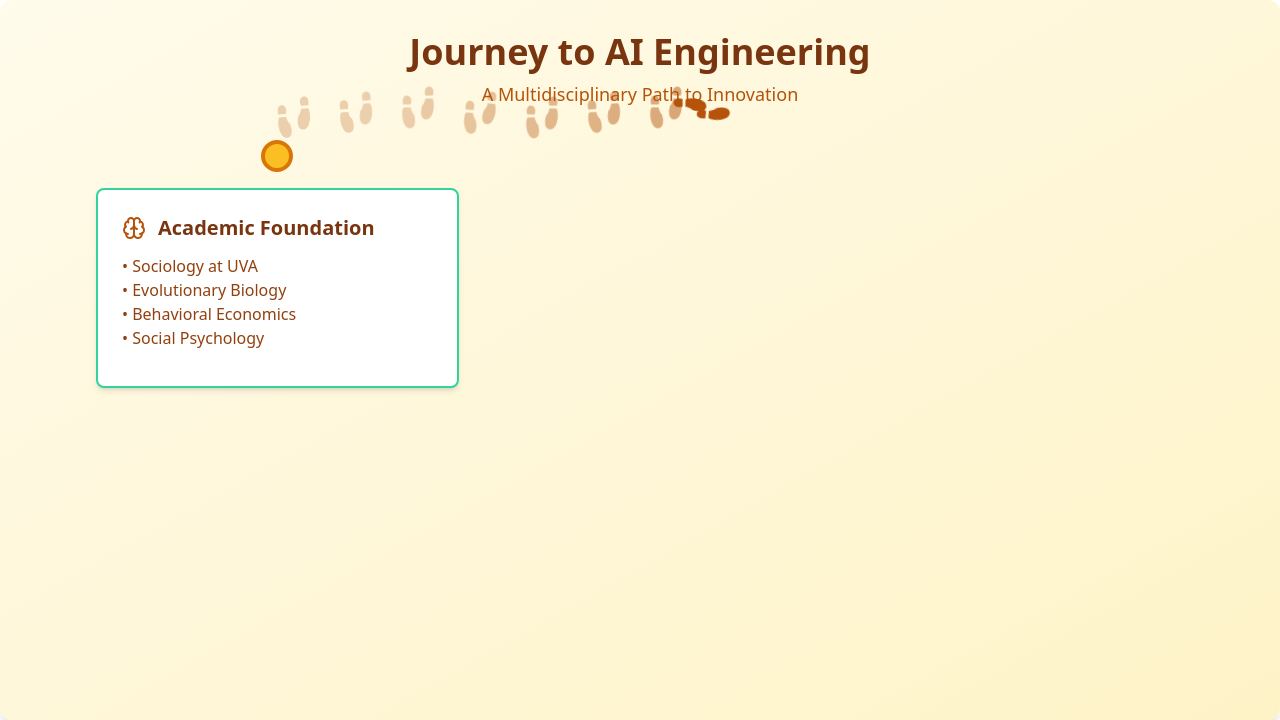
Repository: Galbaz1/dell_presentation
Page: /
These files come from the project's save history. The page is drawn as it stood at one moment and after the next save; the edit follows.
The browser window is 1280 px wide. The pictures show the whole page.
The project was rebuilt for these pictures with package versions that can differ from the ones it lists, and the page was loaded fresh each time. The framework's server and built-in components were replaced by stand-ins that run in the browser.

Above is the page before, as saved 2024-11-11 14:18:24.

### pages/_app.tsx
import '../styles/globals.css'
import '../styles/speaker_intro.css'
import type { AppProps } from 'next/app'

function MyApp({ Component, pageProps }: AppProps) {
  return <Component {...pageProps} />
}

export default MyApp

### pages/index.tsx
import React from 'react';
import { Brain, Building2, Code, Users, ArrowRight, RefreshCcw } from 'lucide-react';
import FootstepsAnimation from '../components/FootstepsAnimation';

const SpeakerSlide: React.FC = () => {
  return (
    <div className="bg-gradient-to-br from-amber-50 to-amber-100 p-8 rounded-xl shadow-lg min-h-screen overflow-hidden">
      {/* Header */}
      <div className="mb-12 text-center">
        <h1 className="text-4xl font-bold text-amber-900 mb-2">Journey to AI Engineering</h1>
        <p className="text-lg text-amber-700">A Multidisciplinary Path to Innovation</p>
      </div>

      {/* Journey Map */}
      <div className="relative mb-16 mx-auto max-w-[1400px]">
        <FootstepsAnimation />
        {/* Journey Stations */}
        <div className="relative flex justify-between items-center px-16">
          {/* Academic Foundation */}
          <div className="w-96 relative fall-animation">
            <div className="absolute -top-4 left-1/2 transform -translate-x-1/2">
              <div className="w-8 h-8 rounded-full bg-amber-400 border-4 border-amber-600" />
            </div>
            <div className="bg-white p-6 rounded-lg shadow-md mt-8 h-[200px] flex flex-col border-2 border-emerald-400">
              <h2 className="text-xl font-semibold text-amber-900 mb-3 flex items-center">
                <Brain className="mr-3 text-amber-700 w-6 h-6" /> Academic Foundation
              </h2>
              <ul className="text-base text-amber-800 flex-1">
                <li>• Sociology at UVA</li>
                <li>• Evolutionary Biology</li>
                <li>• Behavioral Economics</li>
                <li>• Social Psychology</li>
              </ul>
            </div>
          </div>

          {/* Business Experience */}
          <div className="w-96 relative fall-animation fall-animation-delay-1">
            <div className="absolute -top-4 left-1/2 transform -translate-x-1/2">
              <div className="w-8 h-8 rounded-full bg-amber-400 border-4 border-amber-600" />
            </div>
            <div className="bg-white p-6 rounded-lg shadow-md mt-8 h-[200px] flex flex-col border-2 border-emerald-400">
              <h2 className="text-xl font-semibold text-amber-900 mb-3 flex items-center">
                <Building2 className="mr-3 text-amber-700 w-6 h-6" /> Business Leadership
              </h2>
              <ul className="text-base text-amber-800 flex-1">
                <li>• Restaurant Owner</li>
                <li>• Cocktail Bars</li>
                <li>• Event Company</li>
                <li>• Dark Kitchen</li>
              </ul>
            </div>
          </div>

          {/* Tech Innovation */}
          <div className="w-96 relative fall-animation fall-animation-delay-2">
            <div className="absolute -top-4 left-1/2 transform -translate-x-1/2">
              <div className="w-8 h-8 rounded-full bg-amber-400 border-4 border-amber-600" />
            </div>
            <div className="bg-white p-6 rounded-lg shadow-md mt-8 h-[200px] flex flex-col border-2 border-emerald-400">
              <h2 className="text-xl font-semibold text-amber-900 mb-3 flex items-center">
                <Code className="mr-3 text-amber-700 w-6 h-6" /> Tech Innovation
              </h2>
              <ul className="text-base text-amber-800 flex-1">
                <li>• Back-end Development</li>
                <li>• Waitless - QR POS System</li>
                <li>• Waitler - LLM Chat App</li>
              </ul>
            </div>
          </div>
        </div>
      </div>

      {/* Current Roles Synergy Circle */}
      <div className="relative max-w-[1200px] mx-auto mt-24">
        {/* Synergy Arrows */}
        <div className="absolute left-0 right-0 mx-auto w-28 top-[80px] synergy-animation z-10">
          <div className="relative w-full h-full">
            <RefreshCcw className="w-full h-full text-amber-600 animate-spin-slow" />
            <div className="absolute top-1/2 left-1/2 transform -translate-x-1/2 -translate-y-1/2 text-sm text-amber-800 font-semibold bg-white px-3 py-1 rounded">
              Synergy
            </div>
          </div>
        </div>

        <div className="flex justify-between items-center synergy-animation px-16">
          {/* AI Engineering Role */}
          <div className="w-[480px] bg-white p-8 rounded-lg shadow-md border-2 border-amber-400 h-[160px] flex flex-col">
            <h2 className="text-2xl font-semibold text-amber-900 mb-3 flex items-center">
              <Brain className="mr-3 text-amber-700 w-6 h-6" /> AI Engineering
            </h2>
            <p className="text-base text-amber-800">
              Freelance AI solutions architect combining technical expertise with business acumen
            </p>
          </div>

          {/* AI Builders Role */}
          <div className="w-[480px] bg-white p-8 rounded-lg shadow-md border-2 border-amber-400 h-[160px] flex flex-col">
            <h2 className="text-2xl font-semibold text-amber-900 mb-3 flex items-center">
              <Users className="mr-3 text-amber-700 w-6 h-6" /> AI Builders Club
            </h2>
            <p className="text-base text-amber-800">
              Community lead fostering AI innovation in Amsterdam, Rotterdam, and Berlin
            </p>
          </div>
        </div>
      </div>
    </div>
  );
};

export default SpeakerSlide;

### styles/speaker_intro.css
@keyframes spin-slow {
  from {
    transform: rotate(0deg);
  }
  to {
    transform: rotate(360deg);
  }
}

.animate-spin-slow {
  animation: spin-slow 20s linear infinite;
}

@keyframes fallIn {
  0% {
    transform: translateY(-100vh) rotate(0deg);
    opacity: 0;
  }
  60% {
    transform: translateY(20px) rotate(720deg);
  }
  80% {
    transform: translateY(-10px) rotate(720deg);
  }
  100% {
    transform: translateY(0) rotate(720deg);
    opacity: 1;
  }
}

@keyframes footsteps {
  0% {
    clip-path: inset(0 100% 0 0);
  }
  100% {
    clip-path: inset(0 0 0 0);
  }
}

@keyframes dotted-line {
  0% {
    stroke-dashoffset: 1000;
  }
  100% {
    stroke-dashoffset: 0;
  }
}

@keyframes synergy-appear {
  0% {
    transform: scale(0) rotate(0deg);
    opacity: 0;
  }
  100% {
    transform: scale(1) rotate(360deg);
    opacity: 1;
  }
}

.fall-animation {
  opacity: 0;
  animation: fallIn 2s cubic-bezier(0.25, 0.46, 0.45, 0.94) forwards;
  animation-delay: 3s;
}

.fall-animation-delay-1 {
  animation-delay: 9s;
}

.fall-animation-delay-2 {
  animation-delay: 15s;
}

.footsteps-path {
  stroke-dasharray: 10;
  stroke-dashoffset: 1000;
  animation: dotted-line 1.5s ease-in-out forwards;
}

.footsteps-animation-1 {
  animation-delay: 1.5s;
}

.footsteps-animation-2 {
  animation-delay: 3.5s;
}

.synergy-animation {
  opacity: 0;
  animation: synergy-appear 2s cubic-bezier(0.34, 1.56, 0.64, 1) forwards;
  animation-delay: 21s;
}

/* Footsteps styling */
.footstep {
  position: absolute;
  width: 24px;
  height: 36px;
  opacity: 1;
  transform-origin: center;
  z-index: 51;
}

.footstep.active {
  opacity: 1;
}

.footstep.trail {
  fill: #666;
  opacity: 0.5;
}

.ghost-trail .footstep {
  fill: #666;
  opacity: 0.5;
}

/* First block path animation */
@keyframes first-block-path {
  0% { transform: translate(0, 0) rotate(0deg); opacity: 0; }
  5% { transform: translate(0, 0) rotate(0deg); opacity: 1; }
  20% { transform: translate(-100px, 0) rotate(-90deg); }
  35% { transform: translate(-100px, 100px) rotate(-90deg); }
  50% { transform: translate(0, 100px) rotate(0deg); }
  65% { transform: translate(0, 0) rotate(90deg); }
  80% { transform: translate(100px, 0) rotate(90deg); }
  95% { transform: translate(100px, 0) rotate(90deg); opacity: 1; }
  100% { transform: translate(100px, 0) rotate(90deg); opacity: 0; }
}

.first-block-path .left-step {
  animation: first-block-path 4s ease-in-out forwards;
}

.first-block-path .right-step {
  animation: first-block-path 4s ease-in-out 0.5s forwards;
}

/* Second block path animation */
@keyframes second-block-path {
  /* Similar to first-block-path but adjusted for second block position */
}

.second-block-path .left-step {
  animation: second-block-path 4s ease-in-out 4s forwards;
}

.second-block-path .right-step {
  animation: second-block-path 4s ease-in-out 4.5s forwards;
}

/* Third block path animation */
@keyframes third-block-path {
  /* Similar to previous paths but adjusted for third block position */
}

.third-block-path .left-step {
  animation: third-block-path 4s ease-in-out 8s forwards;
}

.third-block-path .right-step {
  animation: third-block-path 4s ease-in-out 8.5s forwards;
}

/* Trail effect */
.footstep-trail {
  position: absolute;
  opacity: 0.3;
  transition: opacity 0.5s ease-out;
}

.footstep-trail.fade {
  opacity: 0;
}

.ghost-trail {
  position: absolute;
  fill: #666;
  opacity: 0.5;
  transition: opacity 1s ease-out;
  z-index: 50;
}

.ghost-trail-container {
  position: fixed;
  top: 0;
  left: 0;
  width: 100%;
  height: 100%;
  pointer-events: none;
  z-index: 50;
  overflow: hidden;
}

.ghost-trail svg {
  fill: #d97706 !important; /* amber-600 for ghost trails */
  opacity: 0.5;
}

### components/FootstepsAnimation.tsx
import React, { useEffect, useRef } from 'react';
import gsap from 'gsap';

interface FootProps {
  ref: React.RefObject<SVGSVGElement>;
}

const RightFootprint = React.forwardRef<SVGSVGElement>((_, ref) => (
  <svg
    ref={ref}
    width="24"
    height="36"
    viewBox="0 0 16 32"
    fill="currentColor"
    xmlns="http://www.w3.org/2000/svg"
    className="footstep right-step"
    style={{ transform: 'rotate(90deg)', fill: '#b45309' }}
  >
    <path d="M5.058 20.918l6.21-1.664c-0.204-2.22 0-4.745 1.205-7.11 0.18-6.195-1.867-11.962-6.835-10.631-5.468 1.465-4.865 13.899-0.58 19.404v0zM5.468 23.537c0.343 11.974 12.512 6.497 6.318-1.693l-6.318 1.693z" />
  </svg>
));

const LeftFootprint = React.forwardRef<SVGSVGElement>((_, ref) => (
  <svg
    ref={ref}
    width="24"
    height="36"
    viewBox="20 0 16 32"
    fill="currentColor"
    xmlns="http://www.w3.org/2000/svg"
    className="footstep left-step"
    style={{ transform: 'rotate(90deg)', fill: '#b45309' }}
  >
    <path d="M27.227 20.917l-6.21-1.664c0.204-2.22-0-4.745-1.205-7.11-0.18-6.195 1.867-11.962 6.835-10.631 5.468 1.466 4.865 13.9 0.58 19.404v0zM26.818 23.536c-0.343 11.973-12.512 6.497-6.318-1.693l6.318 1.693z" />
  </svg>
));

const FootstepsAnimation: React.FC = () => {
  const leftFootRef = useRef<SVGSVGElement>(null);
  const rightFootRef = useRef<SVGSVGElement>(null);
  const ghostTrailRef = useRef<HTMLDivElement>(null);

  useEffect(() => {
    if (!leftFootRef.current || !rightFootRef.current || !ghostTrailRef.current) return;

    // River-like flowing path with gentle curves
    const horizontalPath = [
      // Start at first orange circle (Academic Foundation)
      { x: 280, y: 100 },    // Starting at first circle
      { x: 342, y: 95 },     // Gentle curve up (increased from 330)
      { x: 404, y: 90 },     // Peak (increased from 380)
      { x: 466, y: 95 },     // Coming down (increased from 430)
      { x: 528, y: 100 },    // Level (increased from 480)
      { x: 590, y: 95 },     // Rise (increased from 530)
      { x: 652, y: 90 },     // Peak (increased from 580)
      { x: 714, y: 95 },     // Descend (increased from 630)
      { x: 776, y: 100 },    // Second circle position (increased from 680)
      { x: 838, y: 95 },     // Begin rise (increased from 730)
      { x: 900, y: 90 },     // Peak (increased from 780)
      { x: 962, y: 95 },     // Start descent (increased from 830)
      { x: 1024, y: 100 },   // Level (increased from 880)
      { x: 1086, y: 95 },    // Rise (increased from 930)
      { x: 1148, y: 90 },    // Peak (increased from 980)
      { x: 1210, y: 95 },    // Descend (increased from 1030)
      { x: 1272, y: 100 },   // Third circle position (increased from 1080)
      { x: 1334, y: 95 },    // Final rise (increased from 1130)
      { x: 1396, y: 90 },    // Last peak (increased from 1180)
      { x: 1458, y: 95 },    // Final descent (increased from 1230)
      { x: 1520, y: 100 },   // End position (increased from 1280)
    ];

    // New vertical path starting from where horizontal path ends
    const verticalPath = [
      { x: 1520, y: 100 },   // Start where horizontal path ended
      { x: 1520, y: 150 },   // Step 1 down
      { x: 1520, y: 200 },   // Step 2
      { x: 1520, y: 250 },   // Step 3
      { x: 1520, y: 300 },   // Step 4
      { x: 1520, y: 350 },   // Step 5
      { x: 1520, y: 400 },   // Step 6
      { x: 1520, y: 450 },   // Step 7
      { x: 1520, y: 500 },   // Step 8
      { x: 1520, y: 550 },   // Step 9
      { x: 1520, y: 600 },   // Step 10
    ];

    const createGhostTrail = (
      element: SVGSVGElement,
      x: number,
      y: number,
      rotation: number = 0,
      isVertical: boolean = false
    ): void => {
      if (!ghostTrailRef.current) return;

      const ghost = element.cloneNode(true) as SVGSVGElement;
      ghost.style.position = 'absolute';
      ghost.style.left = `${x}px`;
      ghost.style.top = `${y}px`;

      // Adjust rotation based on direction
      const ghostRotation = isVertical
        ? rotation + 270  // Keep vertical rotation the same
        : rotation + 90;  // Changed from -90 to +90 to point to 3 o'clock

      ghost.style.transform = `rotate(${ghostRotation}deg)`;
      ghost.style.color = '#d97706';
      ghost.classList.add('ghost-trail');

      ghostTrailRef.current.appendChild(ghost);

      gsap.to(ghost, {
        opacity: 0.25,
        duration: 3,
        ease: "none",
      });
    };

    const animateFootstep = (
      foot: SVGSVGElement,
      path: Array<{x: number, y: number}>,
      delay: number,
      isLeft: boolean,
      isVertical: boolean = false
    ): void => {
      path.forEach((point, index) => {
        const prevPoint = index > 0 ? path[index - 1] : point;
        const nextPoint = index < path.length - 1 ? path[index + 1] : point;

        const rotation = Math.atan2(
          nextPoint.y - prevPoint.y,
          nextPoint.x - prevPoint.x
        ) * 180 / Math.PI;

        // Adjust vertical offset direction for downward movement
        const verticalOffset = isVertical
          ? (isLeft ? 12 : -12)  // Horizontal offset when walking vertically
          : (isLeft ? 5 : -5);   // Vertical offset when walking horizontally

        // Calculate position offset based on walking direction
        const xOffset = isVertical ? verticalOffset : (isLeft ? -12 : 12);
        const yOffset = isVertical ? 0 : verticalOffset;

        // Add 90 degrees to rotation for vertical path
        const finalRotation = isVertical
          ? rotation + 180 + (isLeft ? -15 : 15)  // Walking downward
          : rotation + 90 + (isLeft ? -15 : 15);  // Walking horizontally

        gsap.to(foot, {
          x: point.x + xOffset,
          y: point.y + yOffset,
          rotation: finalRotation,
          duration: 0.6,
          delay: delay + (index * 0.7),
          ease: "power2.inOut",
          onComplete: () => createGhostTrail(
            foot,
            point.x + xOffset,
            point.y + yOffset,
            finalRotation,
            isVertical
          ),
        });
      });
    };

    // Start animations with proper timing
    const timeline = gsap.timeline();

    // First animate horizontal path
    animateFootstep(leftFootRef.current, horizontalPath, 0, true, false);
    animateFootstep(rightFootRef.current, horizontalPath, 0.35, false, false);

    // Then animate vertical path with appropriate delay
    const horizontalDuration = horizontalPath.length * 0.7; // Calculate duration of horizontal path
    animateFootstep(leftFootRef.current, verticalPath, horizontalDuration, true, true);
    animateFootstep(rightFootRef.current, verticalPath, horizontalDuration + 0.35, false, true);

    return () => {
      timeline.kill();
    };
  }, []);

  return (
    <div className="fixed inset-0 pointer-events-none" style={{ zIndex: 50 }}>
      <div
        ref={ghostTrailRef}
        className="ghost-trail-container"
        style={{ zIndex: 50 }}
      />
      <LeftFootprint ref={leftFootRef} />
      <RightFootprint ref={rightFootRef} />
    </div>
  );
};

RightFootprint.displayName = 'RightFootprint';
LeftFootprint.displayName = 'LeftFootprint';

export default FootstepsAnimation;

### tailwind.config.js
/** @type {import('tailwindcss').Config} */
module.exports = {
  content: [
    "./pages/**/*.{js,ts,jsx,tsx}",
    "./components/**/*.{js,ts,jsx,tsx}",
    "./styles/**/*.css",
  ],
  theme: {
    extend: {},
  },
  plugins: [],
}

Loaded but not shown: styles/globals.css (common file)

After the next save:
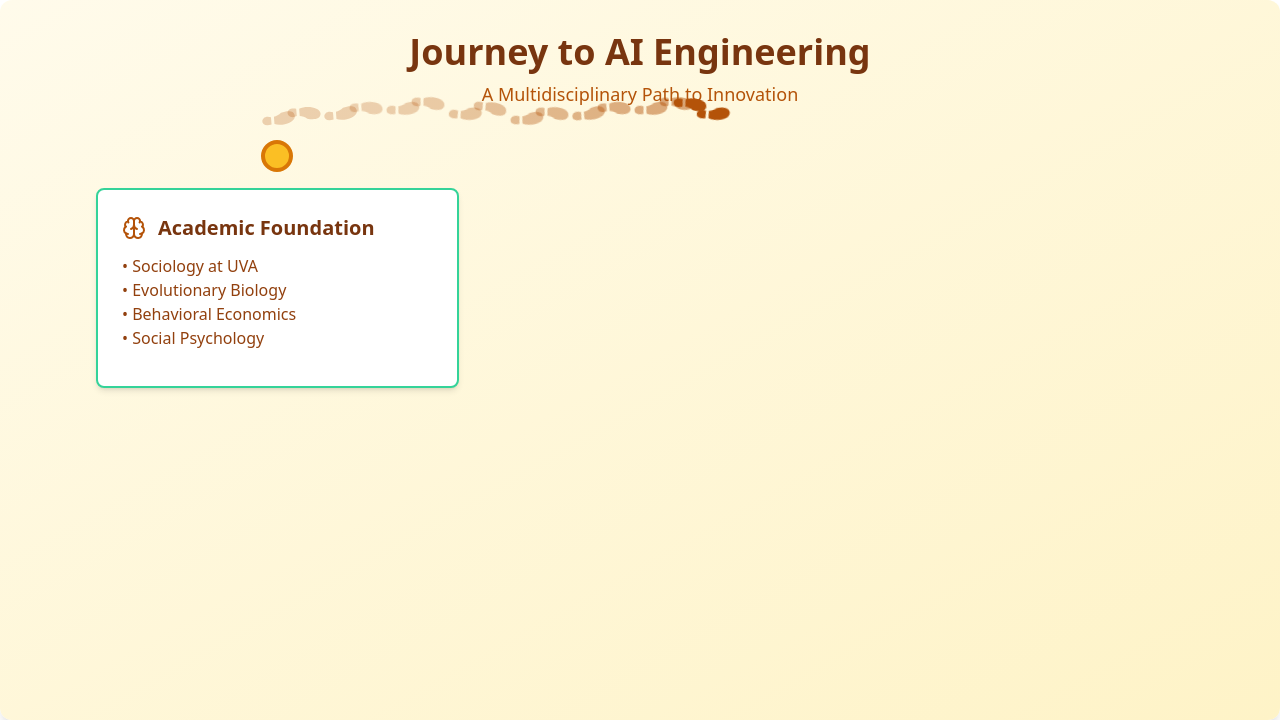
Saved 75 s later.
--- a/components/FootstepsAnimation.tsx
+++ b/components/FootstepsAnimation.tsx
@@ -98,10 +98,10 @@ const FootstepsAnimation: React.FC = () => {
       ghost.style.left = `${x}px`;
       ghost.style.top = `${y}px`;
 
-      // Adjust rotation based on direction
+      // Match ghost trail rotation with footstep rotation
       const ghostRotation = isVertical
         ? rotation + 270  // Keep vertical rotation the same
-        : rotation + 90;  // Changed from -90 to +90 to point to 3 o'clock
+        : rotation;       // Match the footstep rotation exactly for horizontal path
 
       ghost.style.transform = `rotate(${ghostRotation}deg)`;
       ghost.style.color = '#d97706';
